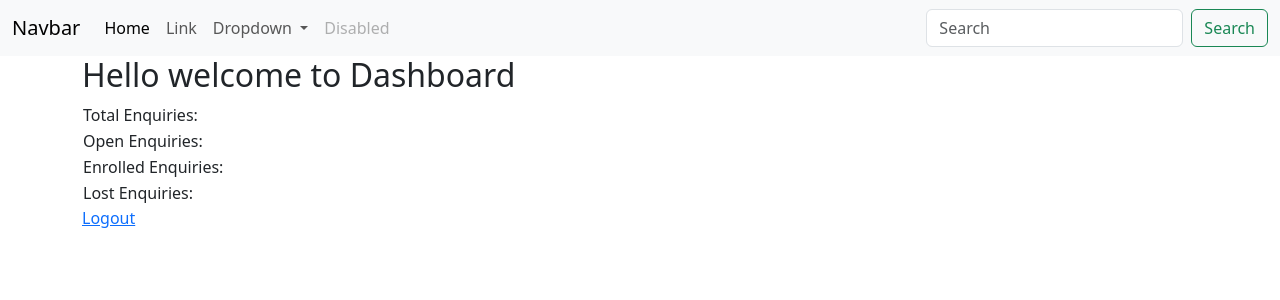
Repository: dibyajyotipanigrahi/Mini-Projects
Page: http://localhost/dashboard
The author's editor kept a copy of each file at every save. The page is drawn from the files as they stood at one save, then again after the next save.
The browser window is 1280 px wide. The pictures show the whole page.
The page is this project's Thymeleaf template; nobody is signed in. The template is opened directly, without the code that normally fills it, so the values that code supplies are empty.

Above is the page before, as saved 2024-04-25 17:01:19.

### 01-Councellors-Application/src/main/resources/templates/dashboard.html
<!doctype html>
<html lang="en">

<head>
	<meta charset="utf-8">
	<meta name="viewport" content="width=device-width, initial-scale=1">
	<title>Login</title>
	<link href="https://cdn.jsdelivr.net/npm/bootstrap@5.3.3/dist/css/bootstrap.min.css" rel="stylesheet"
		integrity="sha384-QWTKZyjpPEjISv5WaRU9OFeRpok6YctnYmDr5pNlyT2bRjXh0JMhjY6hW+ALEwIH" crossorigin="anonymous">
</head>

<body>

	<nav class="navbar navbar-expand-lg bg-body-tertiary">
  <div class="container-fluid">
    <a class="navbar-brand" href="#">Navbar</a>
    <button class="navbar-toggler" type="button" data-bs-toggle="collapse" data-bs-target="#navbarSupportedContent" aria-controls="navbarSupportedContent" aria-expanded="false" aria-label="Toggle navigation">
      <span class="navbar-toggler-icon"></span>
    </button>
    <div class="collapse navbar-collapse" id="navbarSupportedContent">
      <ul class="navbar-nav me-auto mb-2 mb-lg-0">
        <li class="nav-item">
          <a class="nav-link active" aria-current="page" href="#">Home</a>
        </li>
        <li class="nav-item">
          <a class="nav-link" href="#">Link</a>
        </li>
        <li class="nav-item dropdown">
          <a class="nav-link dropdown-toggle" href="#" role="button" data-bs-toggle="dropdown" aria-expanded="false">
            Dropdown
          </a>
          <ul class="dropdown-menu">
            <li><a class="dropdown-item" href="#">Action</a></li>
            <li><a class="dropdown-item" href="#">Another action</a></li>
            <li><hr class="dropdown-divider"></li>
            <li><a class="dropdown-item" href="#">Something else here</a></li>
          </ul>
        </li>
        <li class="nav-item">
          <a class="nav-link disabled" aria-disabled="true">Disabled</a>
        </li>
      </ul>
      <form class="d-flex" role="search">
        <input class="form-control me-2" type="search" placeholder="Search" aria-label="Search">
        <button class="btn btn-outline-success" type="submit">Search</button>
      </form>
    </div>
  </div>
</nav>



	<div class="container">
		<h2>Hello welcome to Dashboard</h2>
		<table>

			<tr>
				<td>Total Enquiries:</td>
				<td th:text="${dashboard.totalEnqs}"></td>
			</tr>
			<tr>
				<td>Open Enquiries:</td>
				<td th:text="${dashboard.openEnqs}"></td>
			</tr>

			<tr>
				<td>Enrolled Enquiries:</td>
				<td th:text="${dashboard.enrolledEnqs}"></td>
			</tr>
			<tr>
				<td>Lost Enquiries:</td>
				<td th:text="${dashboard.lostEnqs}"></td>
			</tr>

		</table>

<a href="logout">Logout</a>


		</form>



	</div>




	<script src="https://cdn.jsdelivr.net/npm/bootstrap@5.3.3/dist/js/bootstrap.bundle.min.js"
		integrity="sha384-YvpcrYf0tY3lHB60NNkmXc5s9fDVZLESaAA55NDzOxhy9GkcIdslK1eN7N6jIeHz"
		crossorigin="anonymous"></script>
</body>

</html>

After the next save:
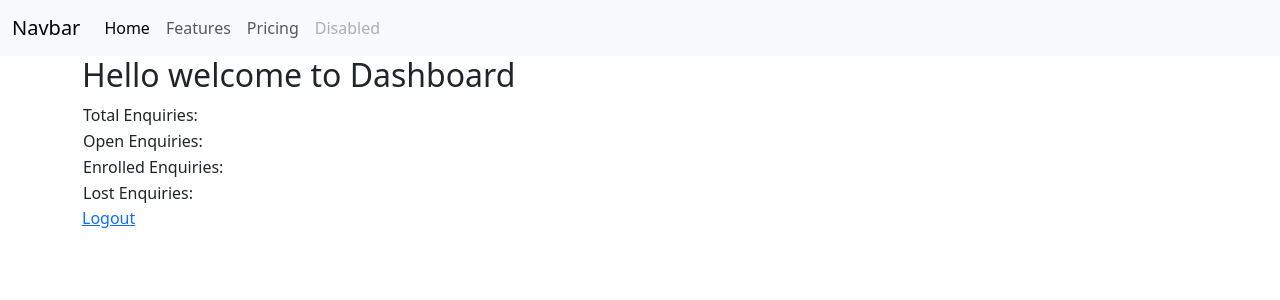
Saved 72 s later.
--- a/01-Councellors-Application/src/main/resources/templates/dashboard.html
+++ b/01-Councellors-Application/src/main/resources/templates/dashboard.html
@@ -14,36 +14,24 @@
 	<nav class="navbar navbar-expand-lg bg-body-tertiary">
   <div class="container-fluid">
     <a class="navbar-brand" href="#">Navbar</a>
-    <button class="navbar-toggler" type="button" data-bs-toggle="collapse" data-bs-target="#navbarSupportedContent" aria-controls="navbarSupportedContent" aria-expanded="false" aria-label="Toggle navigation">
+    <button class="navbar-toggler" type="button" data-bs-toggle="collapse" data-bs-target="#navbarNav" aria-controls="navbarNav" aria-expanded="false" aria-label="Toggle navigation">
       <span class="navbar-toggler-icon"></span>
     </button>
-    <div class="collapse navbar-collapse" id="navbarSupportedContent">
-      <ul class="navbar-nav me-auto mb-2 mb-lg-0">
+    <div class="collapse navbar-collapse" id="navbarNav">
+      <ul class="navbar-nav">
         <li class="nav-item">
           <a class="nav-link active" aria-current="page" href="#">Home</a>
         </li>
         <li class="nav-item">
-          <a class="nav-link" href="#">Link</a>
+          <a class="nav-link" href="#">Features</a>
         </li>
-        <li class="nav-item dropdown">
-          <a class="nav-link dropdown-toggle" href="#" role="button" data-bs-toggle="dropdown" aria-expanded="false">
-            Dropdown
-          </a>
-          <ul class="dropdown-menu">
-            <li><a class="dropdown-item" href="#">Action</a></li>
-            <li><a class="dropdown-item" href="#">Another action</a></li>
-            <li><hr class="dropdown-divider"></li>
-            <li><a class="dropdown-item" href="#">Something else here</a></li>
-          </ul>
+        <li class="nav-item">
+          <a class="nav-link" href="#">Pricing</a>
         </li>
         <li class="nav-item">
           <a class="nav-link disabled" aria-disabled="true">Disabled</a>
         </li>
       </ul>
-      <form class="d-flex" role="search">
-        <input class="form-control me-2" type="search" placeholder="Search" aria-label="Search">
-        <button class="btn btn-outline-success" type="submit">Search</button>
-      </form>
     </div>
   </div>
 </nav>
